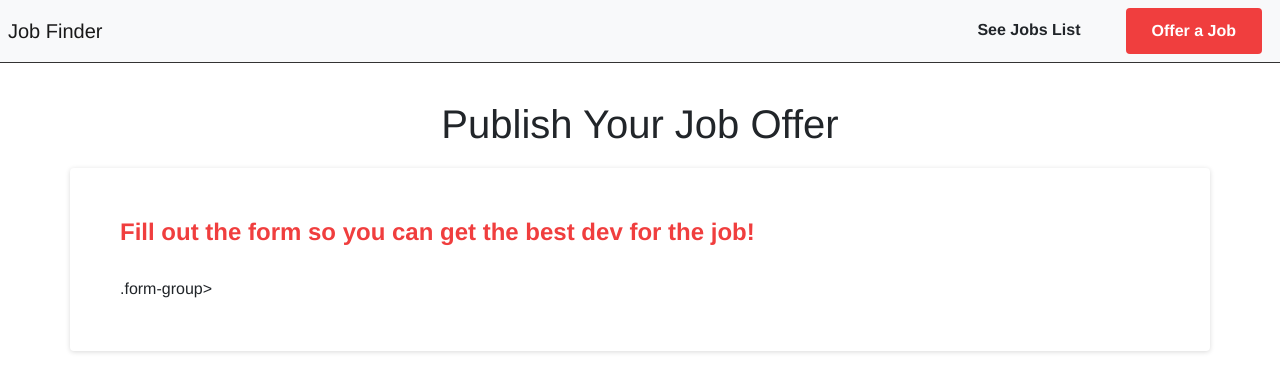
Repository: doncsar/couse-jobfinder-app
Page: templates/add.html
These files come from the project's save history. The page is drawn as it stood at one moment and after a run of saves; the edit follows.
The browser window is 1280 px wide. The pictures show the whole page.

Above is the page before, as saved 2023-12-20 20:19:40.

### templates/add.html
<!DOCTYPE html>
   <head>
      <meta charset="UTF-8" />
      <meta name="viewport" content="width=device-width, initial-scale=1.0" />
      <title>Add Job</title>
      <link
         href="https://cdn.jsdelivr.net/npm/bootstrap@5.2.3/dist/css/bootstrap.min.css"
         rel="stylesheet"
         integrity="sha384-rbsA2VBKQhggwzxH7pPCaAqO46MgnOM80zW1RWuH61DGLwZJEdK2Kadq2F9CUG65"
         crossorigin="anonymous"
      />
      <link rel="stylesheet" href="../public/css/styles.css" />
   </head>
<body>
         <header>
         <nav class="navbar fixed-top navbar-expand-lg navbar-light bg-light">
            <a href="index.html" class="navbar-brand">Job Finder</a>
            <button
               class="navbar-toggler"
               type="button"
               data-bs-toggle="collapse"
               data-bs-target="#navbarNav"
               aria-controls="navbarNav"
               aria-expanded="false"
               aria-label="Toggle navigation "
            >
               <span class="navbar-toggle-icon"></span>
            </button>
            <div
               class="collapse navbar-collapse justify-content-end"
               id="navbarNav"
            >
               <ul class="navbar-nav ml-auto">
                  <li class="nav-item">
                     <a class="nav-link" href="index.html">See Jobs List</a>
                  </li>
                  <li class="nav-item">
                     <a href="#" class="nav-link btn btn-primary"
                        >Offer a Job</a
                     >
                  </li>
               </ul>
            </div>
         </nav>
      </header>
      <div id="add-form-container" class="container">
         <div class="row">
            <div class="col-md-12">
               <h1 class="text-center">Publish Your Job Offer</h1>
            </div>
            <div id="form-box" class="col-md-12">
               <h2>Fill out the form so you can get the best dev for the job!</h2>
               <form action="">
                  .form-group>
               </form>
            </div>
         </div>
      </div>


      <script
         src="https://cdn.jsdelivr.net/npm/bootstrap@5.2.3/dist/js/bootstrap.bundle.min.js"
         integrity="sha384-kenU1KFdBIe4zVF0s0G1M5b4hcpxyD9F7jL+jjXkk+Q2h455rYXK/7HAuoJl+0I4"
         crossorigin="anonymous"
      ></script>
</body>
</html>

### public/css/styles.css
* {
   box-sizing: border-box;
   font-family: Helvetica, sans-serif;
}

/* nav */
.navbar {
   padding: 0.5rem;
   border-bottom: 1px solid #333;
   display: flex;
   justify-content: space-around;
}

.navbar .nav-item a {
   color: #212529;

}

.navbar .btn a {
   color: #fff;
}

.nav-item {
   margin: 0 10px;
}

.navbar-expand-lg .navbar-nav .nav-link {
   padding: 10px 25px;
   font-weight: bold;
}

.navbar .nav-item .btn {
   color: #fff;
   background-color: #f03e3e;
   border: 1px solid transparent;
   border-radius: 4px;
}

.nav-link.btn.btn-primary:hover,
#search-form button:hover,
.list-group-item a:hover,
#form-box button:hover {
   background-color: #fff;
   color: #f03e3e;
   border-color: #f03e3e;
   border-radius: 4px;
}

/* banner */
#top-container {
  height: 32rem;
   padding: 110px;
   background-color: #f7f9fc;
   border-bottom: 4px solid #01224b;
   margin-bottom: 30px;
   background-image: url('../img/banner2.jpg');
   background-position: 0 80px;
   background-size: cover;
   color: #fff;
}

#main-title {
   padding: 25px 10px;
   font-size: 3rem;
}

#main-subtitle {
   font-size: 1rem;
   margin-bottom: 5rem;
}

/* form */

#search-form {
   padding: 30px 100px;
}

#search-form .col-md-10,
#search-form .col-md-2 {
   padding: 0;
}

#search-form input,
#search-form button {
   width: 100%;
   border-radius: 0;
   height: 50px;
   font-size: 18px;
}

#search-form button {
   color: #fff;
   background-color: #f03e3e;
   border: 1px solid transparent;
   border-radius: 4px;
}

/* lista */

#jobs-container {
   padding: 0 100px;
   padding-bottom: 50px;
}

#job-list .list-group-item {
   margin-bottom: 8px;
   border: 1px solid #ffbebe;
   padding: 15px 80px;
   color: #212529;
   height: 120px;
}

#job-list .list-group-item p {
   font-size: 14px;
   margin-bottom: 5px;
}

#job-list .list-group-item.new-job {
   border: none;
   background-color: #fff7cc;
}

#job-list-title {
   margin-bottom: 35px;
}

.list-group-item img {
   width: 80px;
   border: 1px solid #212529;
   border-radius: 50%;
   background-color: #fff;
   position: absolute;
   left: -40px;
   top: calc(50% - 40px);
}

.list-group-item a {
   position: absolute;
   right: 20px;
   top: 35px;
   height: 50px;
   line-height: 35px;
   background-color: #f03e3e;
   border: 1px solid transparent;
   border-radius: 6px;
   color: #fff;
}

.new-job-label {
   background-color: #fde154;
   color: #6a6100;
   text-transform: uppercase;
   font-weight: bold;
   padding: 5px 10px;
   position: absolute;
   right: 250px;
   top: 40px;
   display: none;
}

.new-job .new-job-label {
   display: block;
}

/* add page */

#add-form-container {
   margin-top: 100px;
}

#form-box {
   padding: 50px;
   box-shadow: 0 1px 5px rgba(0, 0, 0, 0.15);
   border-radius: 4px;
   background-color: #fff;
   margin-bottom: 50px;
}

#add-form-container h1 {
   margin-bottom: 20px;
}

#add-form-container h2 {
   color: #f03e3e;
   font-weight: bold;
   font-size: 24px;
   margin-bottom: 30px;
}

#add-form-container form label {
   font-weight: bold;
}

#add-form-container form input,
#add-form-container form textarea {
   border: 2px solid #ccc;
   background-color: #f8f9fa;
}

#form-box button {
   height: 50px;
   width: 200px;
   background-color: #f03e3e;
   border: 1px solid transparent;
   border-radius: 0;
   margin-top: 20px;
}

/* job-view */

#job-view-container {
   margin-top: 100px;
}

#job-view-container h1 {
   margin-bottom: 30px;
}

#img-container {
   margin-top: 20px;
   margin-bottom: 30px;
}

#img-container img {
   width: 100px;
   border-radius: 50%;
   border: 1px solid #212529;
}

.job-desc {
   width: 60%;
   margin-left: auto;
   margin-right: auto;
}

.bold {
   font-weight: bold;
}

.main-color {
   color: #f03e3e;
}

.back-link {
   border: 1px solid #f03e3e;
   padding: 5px 10px;
   transition: 0.5s;
}

.back-link:hover {
   background-color: #f03e3e;
   color: #fff;
   text-decoration: none;
}

/* responsivo */

@media (max-width: 481px) {
   /* navbar */
   #navbarNav {
      text-align: center;
   }

   /* home */
   #top-container {
      padding: 50px;
      padding-top: 100px;
   }

   #main-title {
      font-size: 2.2rem;
   }

   #main-subtitle {
      font-size: 1.5rem;
   }

   #search-form {
      padding: 0;
   }

   #jobs-container {
      padding: 20px;
   }

   .list-group-item {
      padding: 15px 85px;
   }

   .list-group-item h2 {
      font-size: 1.2rem;
      width: 80%;
   }

   .list-group-item img {
      width: 50px;
      left: 15px;
      top: calc(50% - 25px);
   }

   .new-job .new-job-label {
      display: none;
   }

   /* job view*/

   .back-link {
      margin-left: 30px;
   }

   #job-view-container p {
      font-size: 1.3rem;
   }

   .job-desc {
      width: 80%;
   }

   /* add view */

   #form-box {
      padding: 25px;
   }

   #form-box h2 {
      font-size: 1rem;
      text-align: center;
   }

   #form-box button {
      width: 100%;
   }
}

After the next 2 saves:
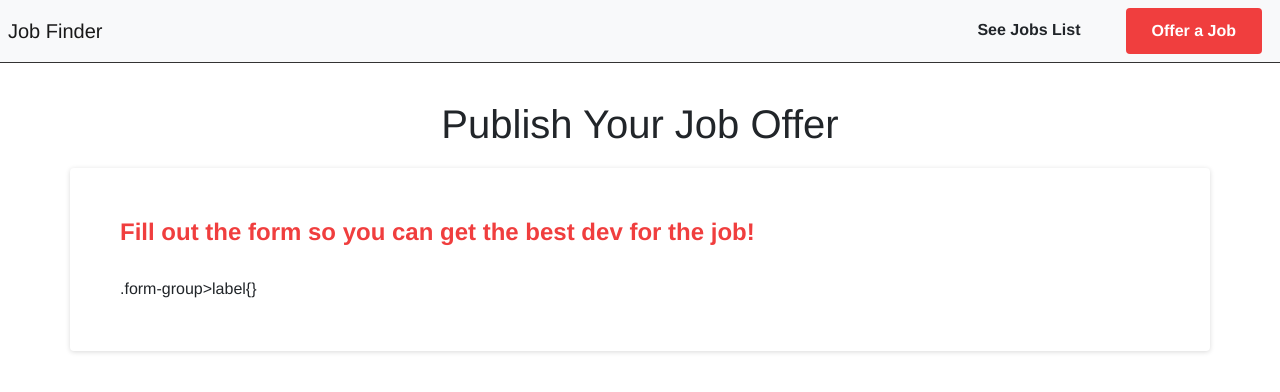
The 2 saves are shown as one change because they came seconds apart.
The last was saved 7 s later.
--- a/templates/add.html
+++ b/templates/add.html
@@ -51,7 +51,7 @@
             <div id="form-box" class="col-md-12">
                <h2>Fill out the form so you can get the best dev for the job!</h2>
                <form action="">
-                  .form-group>
+                  .form-group>label{}
                </form>
             </div>
          </div>
